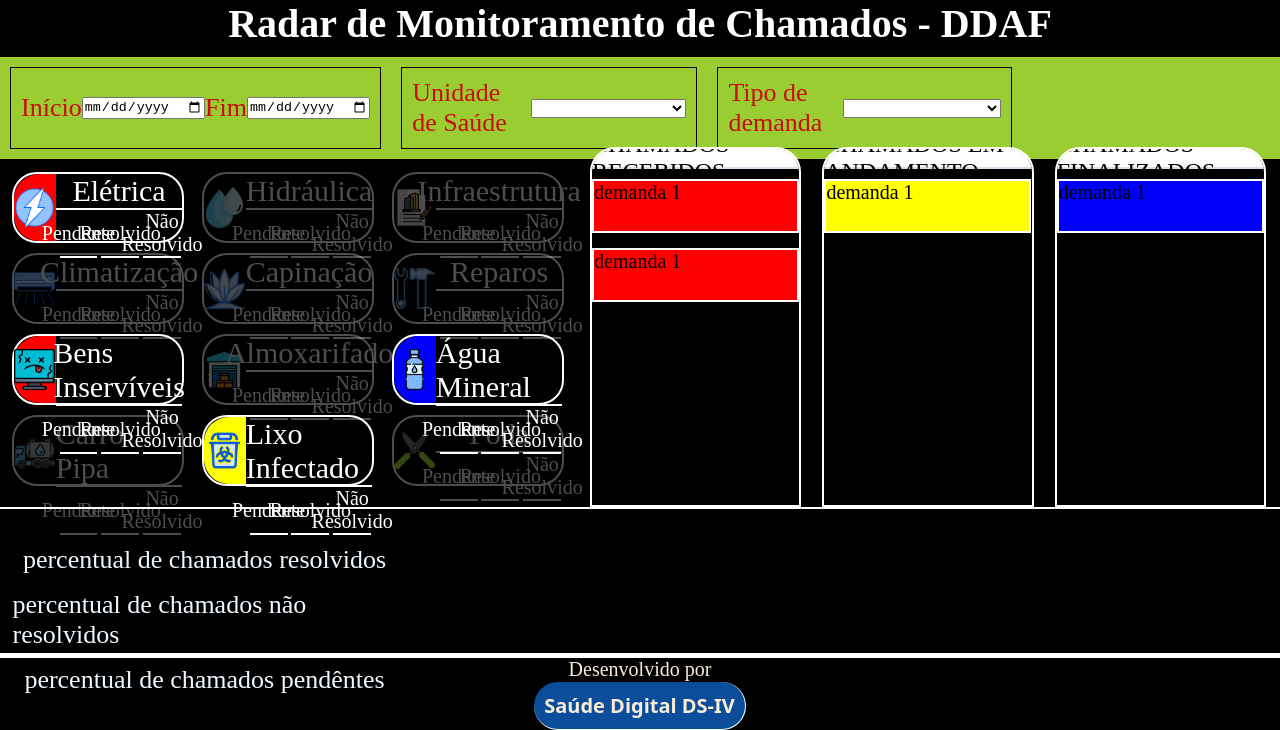
Repository: br-on/ddaf-chamados
Page: index.html
These files come from the project's save history. The page is drawn as it stood at one moment and after the next save; the edit follows.
The browser window is 1280 px wide. The pictures show the whole page.

Above is the page before, as saved 2025-01-25 01:14:33.

After the next save:
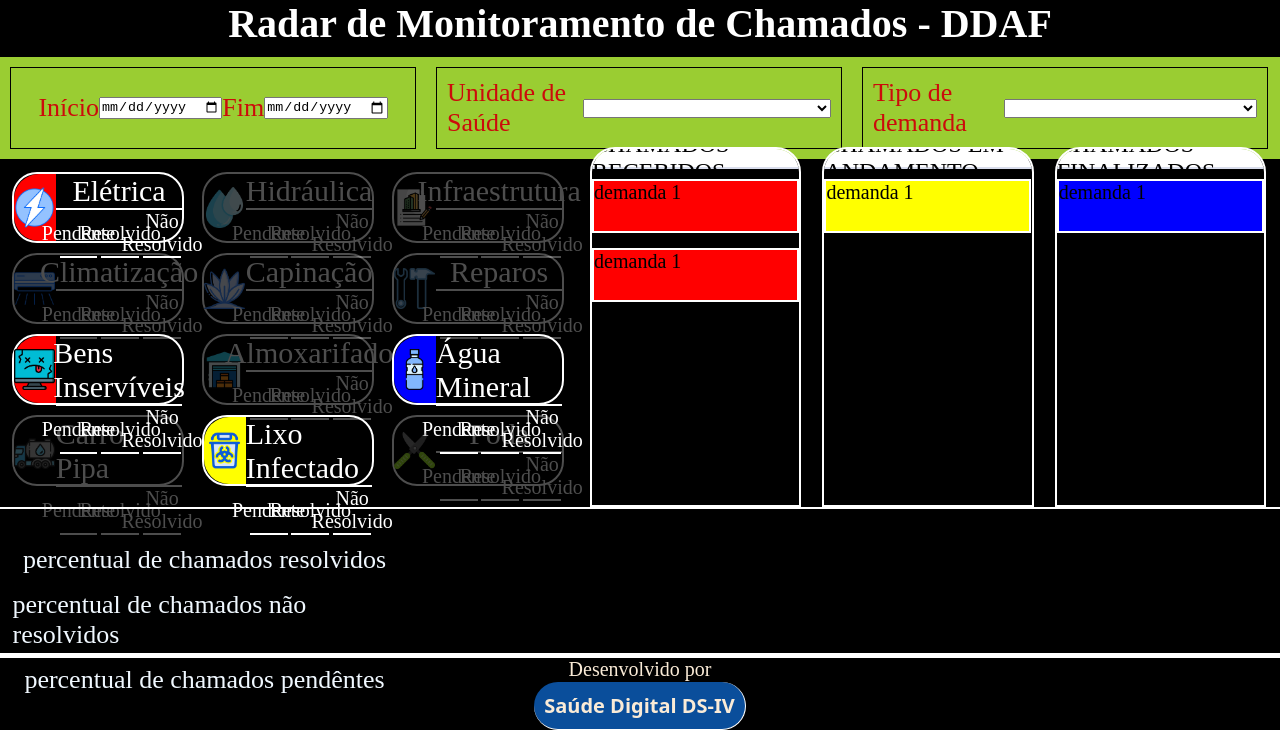
Saved 37 s later.
--- a/style.css
+++ b/style.css
@@ -247,7 +247,7 @@
         font-size: 1.3em;
         display: flex;
         flex-direction: row;
-        width: auto;
+        min-width: 150px;
         padding: 10px;
         border: solid 1px black;
     }

After the 2 saves that followed:
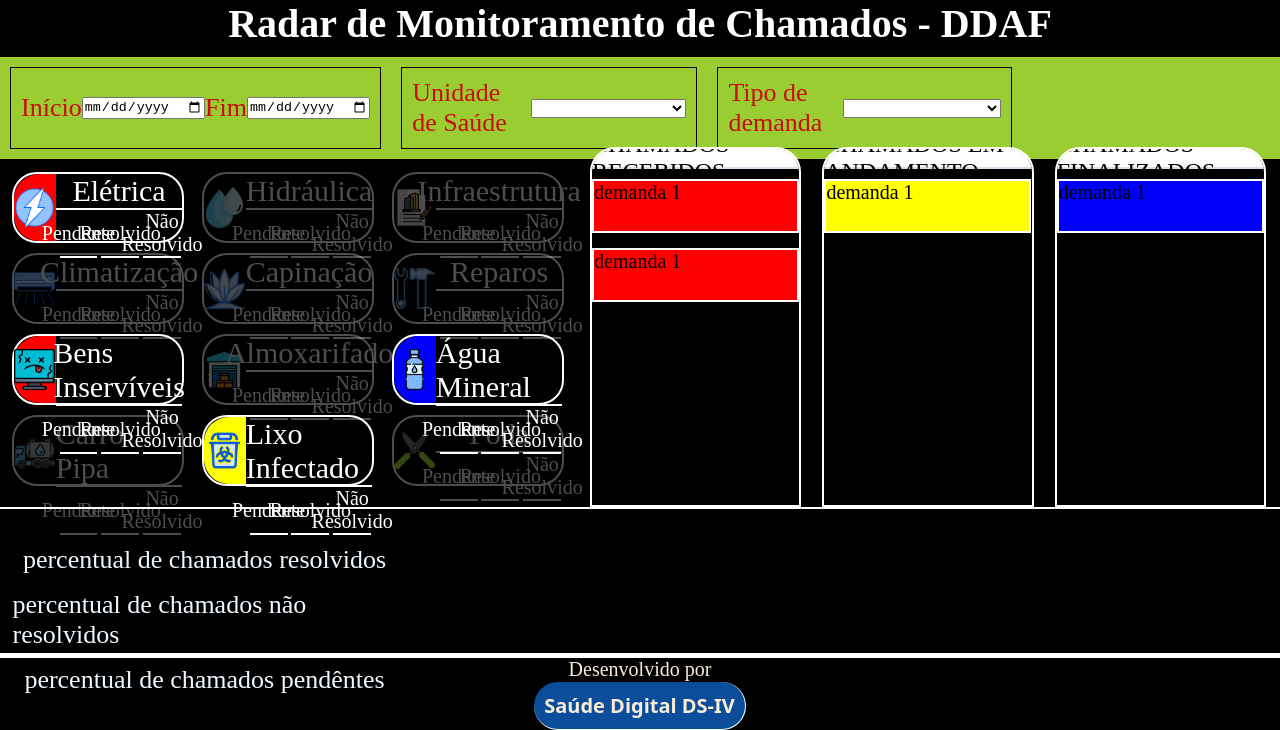
The 2 saves are shown as one change because 1 left the picture as it was.
The last was saved 14 s later.
--- a/style.css
+++ b/style.css
@@ -247,7 +247,7 @@
         font-size: 1.3em;
         display: flex;
         flex-direction: row;
-        min-width: 150px;
+        width: auto;
         padding: 10px;
         border: solid 1px black;
     }
